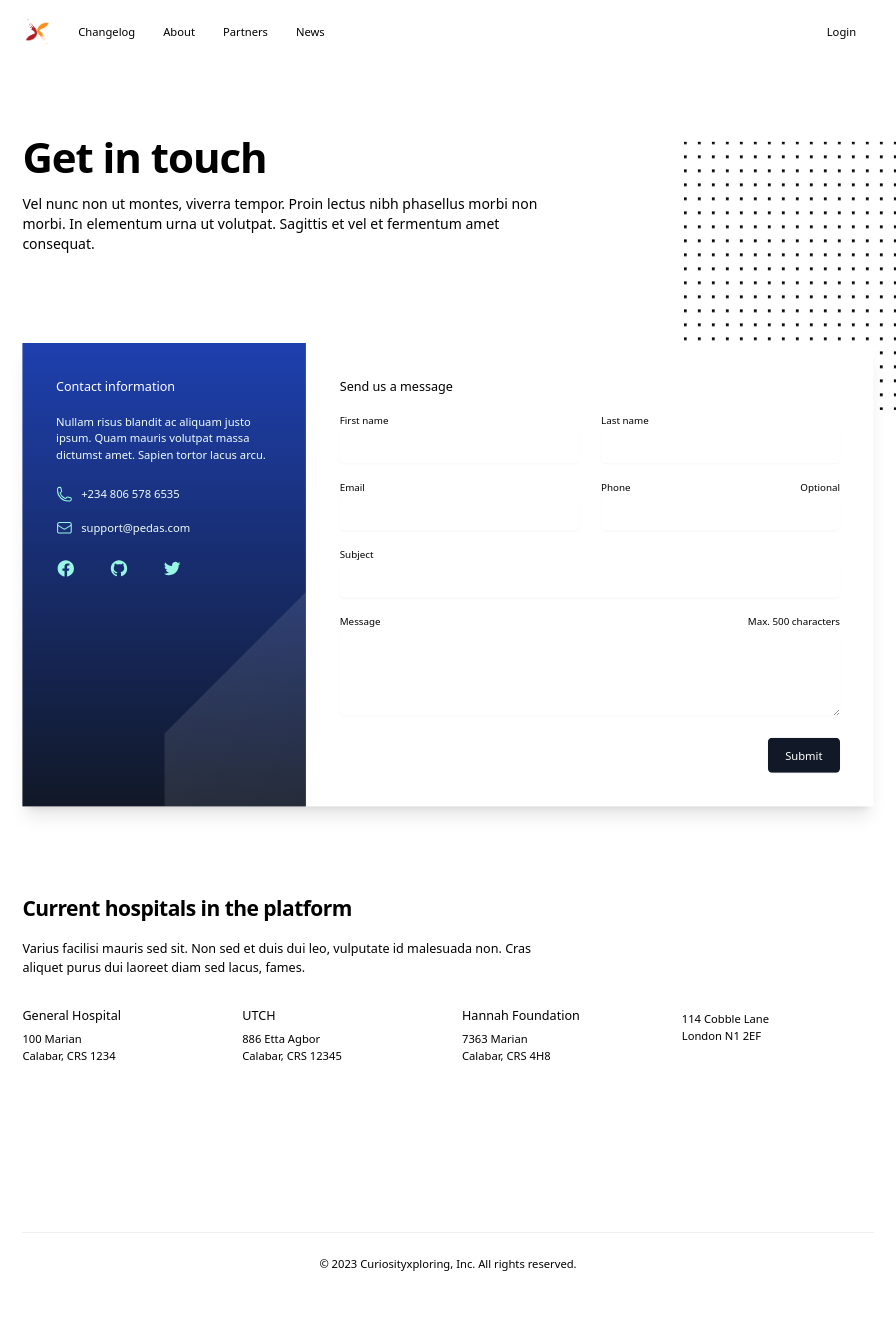
Repository: VinceBrun/medical-web3-app
Page: /contactus
These files come from the project's save history. The page is drawn as it stood at one moment and after the next save; the edit follows.
The browser window is 1280 px wide. The pictures show the whole page, at 70% of full size.
The project was rebuilt for these pictures with package versions that can differ from the ones it lists, and the page was loaded fresh each time. The framework's server and built-in components were replaced by stand-ins that run in the browser. Also part of the build but not shown: next.config.js.

Above is the page before, as saved 2023-01-16 19:10:42.

After the next save:
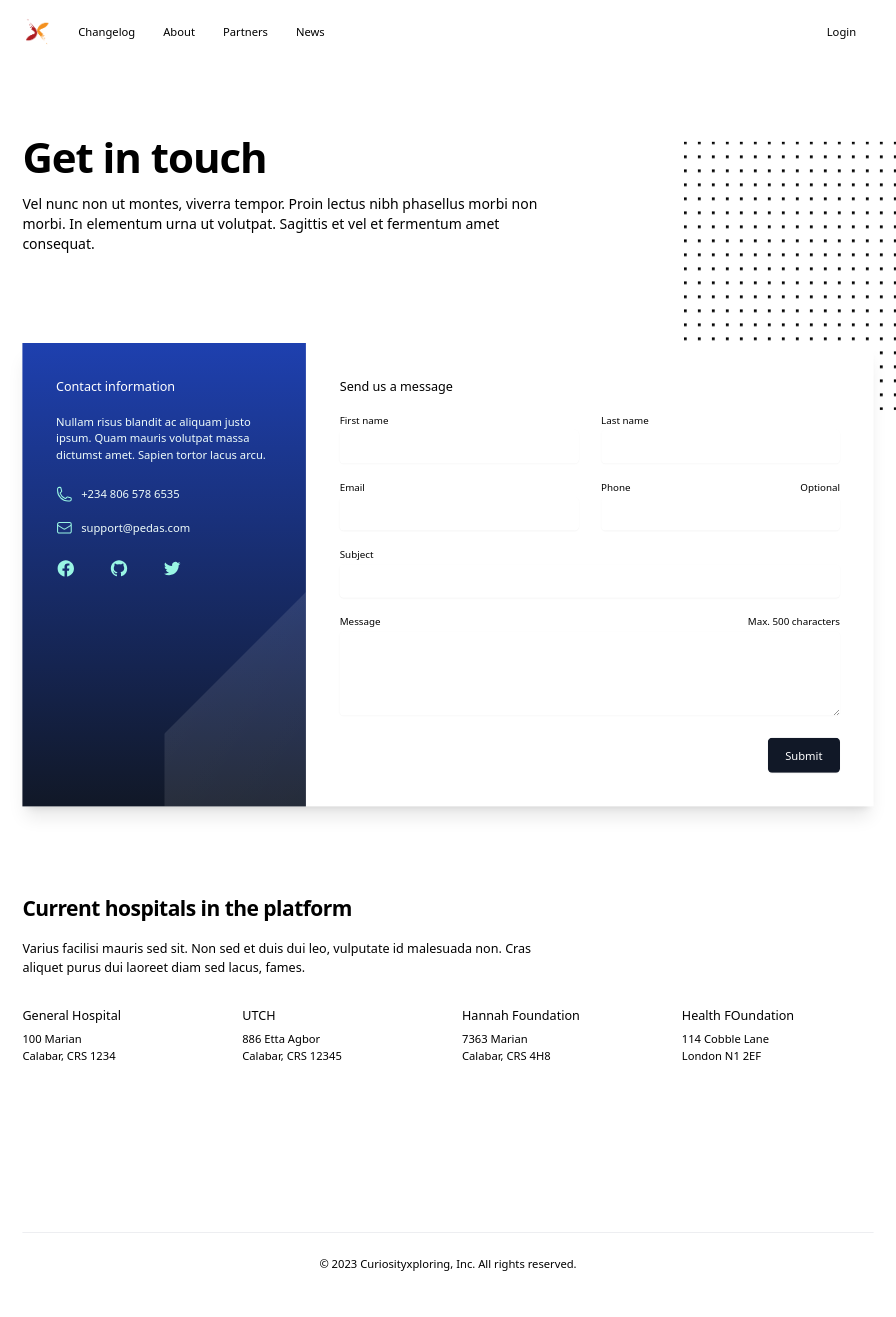
Saved 7 s later.
--- a/pages/contactus.js
+++ b/pages/contactus.js
@@ -30,7 +30,7 @@ const hospitals = [
     city: "Hannah Foundation",
     address: ["7363 Marian", "Calabar, CRS 4H8"],
   },
-  { id: 4, city: "", address: ["114 Cobble Lane", "London N1 2EF"] },
+  { id: 4, city: "Health FOundation", address: ["114 Cobble Lane", "London N1 2EF"] },
 ];
 
 
